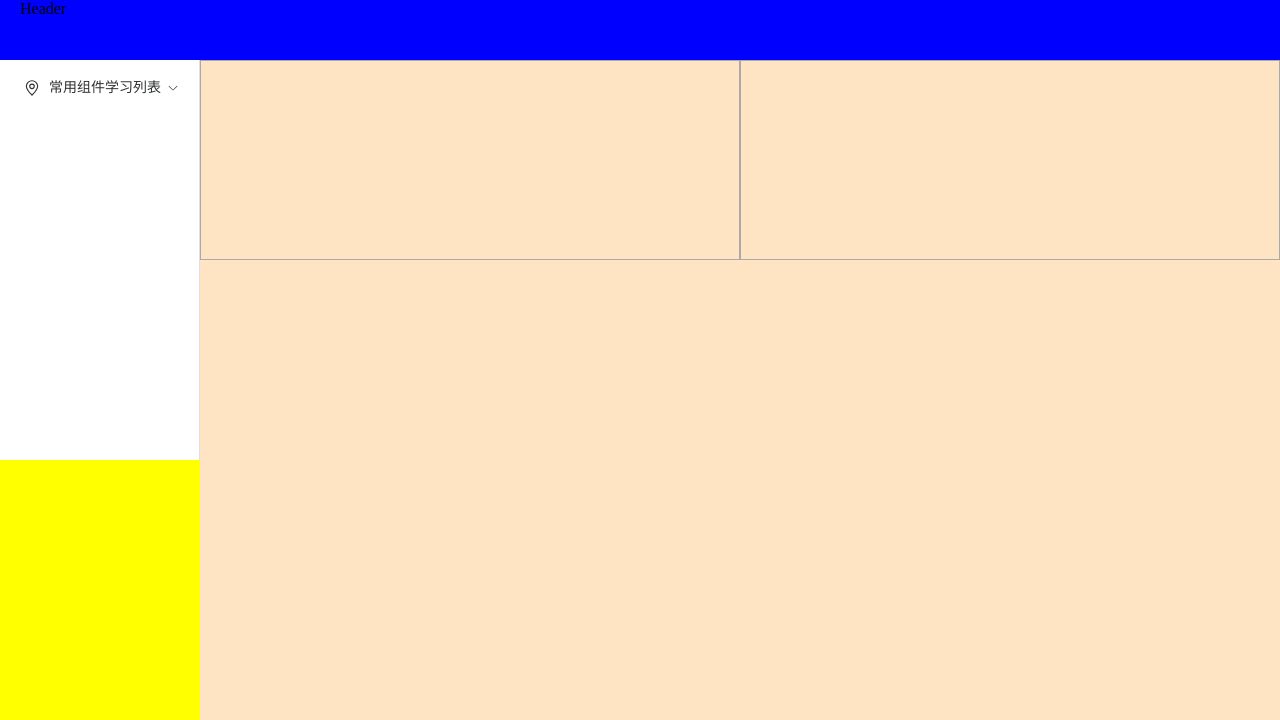
Repository: 553559555/vue3-project
Page: /#/index (app in vue3-app/)
An editor plug-in stored every save of this project. The page is shown before and after the next save, followed by the edit.
The browser window is 1280 px wide. The pictures show the whole page.
The project was rebuilt for these pictures with package versions that can differ from the ones it lists, and the page was loaded fresh each time. Also part of the build but not shown: vue3-app/vite.config.ts.

Above is the page before, as saved 2025-03-24 10:34:19.

### vue3-app/src/main.ts
import { createApp } from 'vue'
import ElementPlus from 'element-plus'
import 'element-plus/dist/index.css'
import router from './router'
import pinia from './stores'
import './style.css'
import App from './App.vue'

const app = createApp(App)
app.use(ElementPlus)
app.use(router)
app.use(pinia)

app.mount('#app')

### vue3-app/src/router/index.ts
import { createRouter, createWebHashHistory, createWebHistory } from 'vue-router'
import type { RouteRecordRaw } from 'vue-router'

const routes: Array<RouteRecordRaw> = [
  {
    path: '/',
    name: 'Login',
    component: () => import('../views/login.vue')
  },
  {
    path: '/index',
    name: 'index',
    component: () => import('../views/index.vue'),
    children: [
      {
        path: '',
        name: 'Home',
        component: () => import('../views/Home.vue')
      },
      {
        path: '/about',
        name: 'About',
        component: () => import('../views/About.vue')
      }
    ]
  }

]

const router = createRouter({
  history: createWebHashHistory(),
  routes
})

export default router

### vue3-app/src/stores/index.ts
import { createPinia } from 'pinia'

const pinia = createPinia()

export default pinia

### vue3-app/src/style.css
/* CSS 重置 */
* {
  margin: 0;
  padding: 0;
  box-sizing: border-box;
}

### vue3-app/src/App.vue
<script setup lang="ts">
import { RouterView } from 'vue-router'
</script>

<template>
    <router-view />
</template>

### vue3-app/src/views/index.vue
<template>
    <el-container class="container">
        <el-header>Header</el-header>
        <el-container>
            <el-aside width="200px">
                <home-left />
            </el-aside>
            <el-main>
                <router-view>
                </router-view>
            </el-main>
        </el-container>
    </el-container>
</template>

<script setup>

import { RouterView } from 'vue-router'
import HomeLeft from './components/home-left.vue'

</script>



<style scoped lang="scss">
.container {
    width: 100vw;
    height: 100vh;

    .el-header {
        background-color: blue;
    }

    .el-container {
        background-color: aqua;

        .el-aside {
            background-color: yellow;
        }

        .el-main {
            background-color: bisque;
            padding: 0;
        }

    }

}
</style>

### vue3-app/src/views/Home.vue
<template>
  <div class="home-container">
    <el-row class="row">
      <el-col :span="12">
        <div class="grid-content ep-bg-purple-dark" />
      </el-col>
      <el-col :span="12">
        <div class="grid-content ep-bg-purple-dark" />
      </el-col>
    </el-row>
  </div>
</template>

<script lang="ts" setup>

</script>

<style scoped lang="scss">
.home-container {
  width: 100%;
  height: 100%;
  box-sizing: border-box;

  .row {
    height: 200px;

    .el-col {
      padding: 10px;
      border: solid 1px #aaa;
    }
  }
}
</style>

### vue3-app/src/views/components/home-left.vue
<template>
    <div class="home-left-container">
        <el-menu default-active="2" class="el-menu-vertical-demo" @open="handleOpen" @close="handleClose"
            @select="handleSelect">
            <el-sub-menu v-for="(items, index) in listData" :index="items.name" :key="index">
                <template #title>
                    <el-icon>
                        <location />
                    </el-icon>
                    <span>{{ items.name }}</span>
                </template>
                <el-menu-item v-for="(item, index) in items.children" :index="item.name" :key="index">
                    <el-icon>
                        <location />
                    </el-icon>
                    <span>{{ item.name }}</span>
                </el-menu-item>
            </el-sub-menu>
        </el-menu>
    </div>
</template>

<script setup>
import { Location } from "@element-plus/icons-vue";

import { reactive, ref } from "vue";
const listData = reactive([
    {
        name: "常用组件学习列表",
        children: [
            {
                name: 'button'
            },
            {
                name: 'input'
            }
        ],
    },
]);
const isCollapse = ref(true);
const handleOpen = (key, keyPath) => {
    console.log(key, keyPath);
};
const handleClose = (key, keyPath) => {
    console.log(key, keyPath);
};

const handleSelect = (key, keyPath) => {
    console.log(key, keyPath);
};
</script>

<style scoped lang="scss">
.home-left-container {
    height: 100%;
    width: 100%;

    .el-menu-vertical-demo:not(.el-menu--collapse) {
        width: 200px;
        min-height: 400px;
    }
}
</style>

Loaded but not shown: vue3-app/index.html (common file)

After the next save:
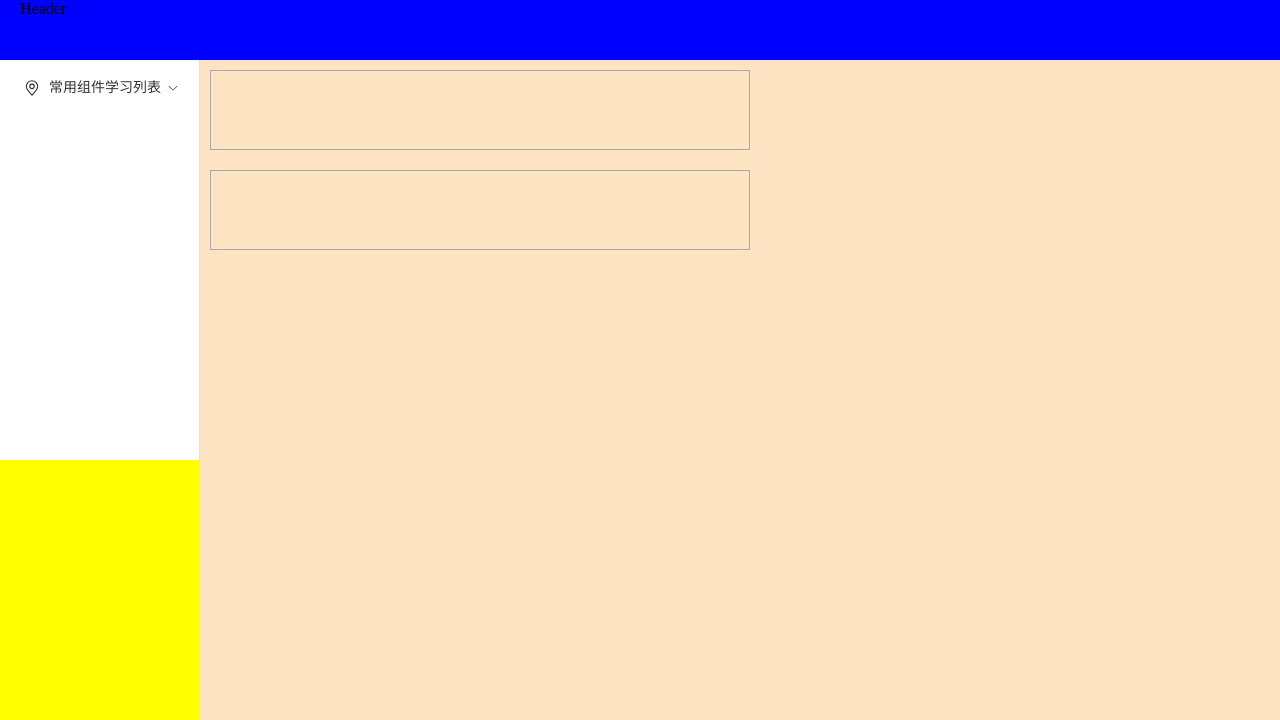
Saved 5 s later.
--- a/vue3-app/src/views/Home.vue
+++ b/vue3-app/src/views/Home.vue
@@ -25,7 +25,7 @@
     height: 200px;
 
     .el-col {
-      padding: 10px;
+      margin: 10px;
       border: solid 1px #aaa;
     }
   }

After the 3 saves that followed:
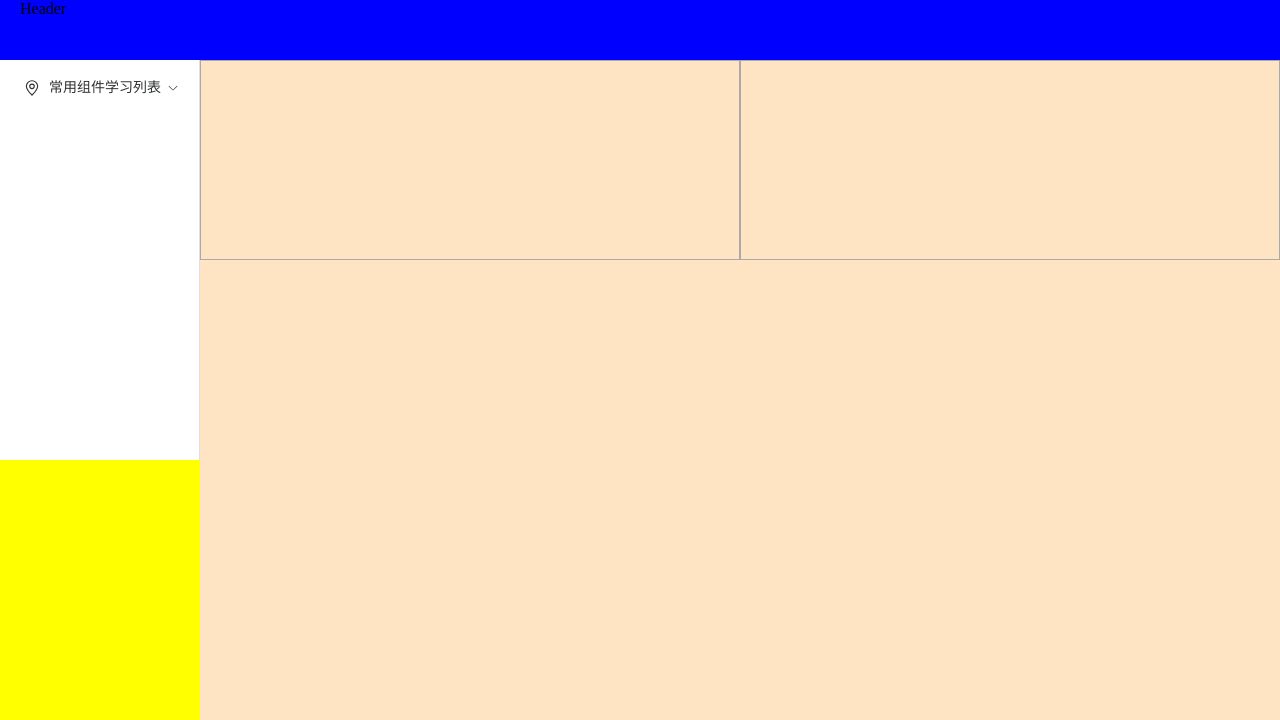
The 3 saves are shown as one change because 2 left the picture as it was.
The last was saved 31 s later.
--- a/vue3-app/src/views/Home.vue
+++ b/vue3-app/src/views/Home.vue
@@ -19,13 +19,14 @@
 .home-container {
   width: 100%;
   height: 100%;
-  box-sizing: border-box;
+
 
   .row {
     height: 200px;
 
     .el-col {
-      margin: 10px;
+      box-sizing: border-box;
+      padding: 10px;
       border: solid 1px #aaa;
     }
   }
